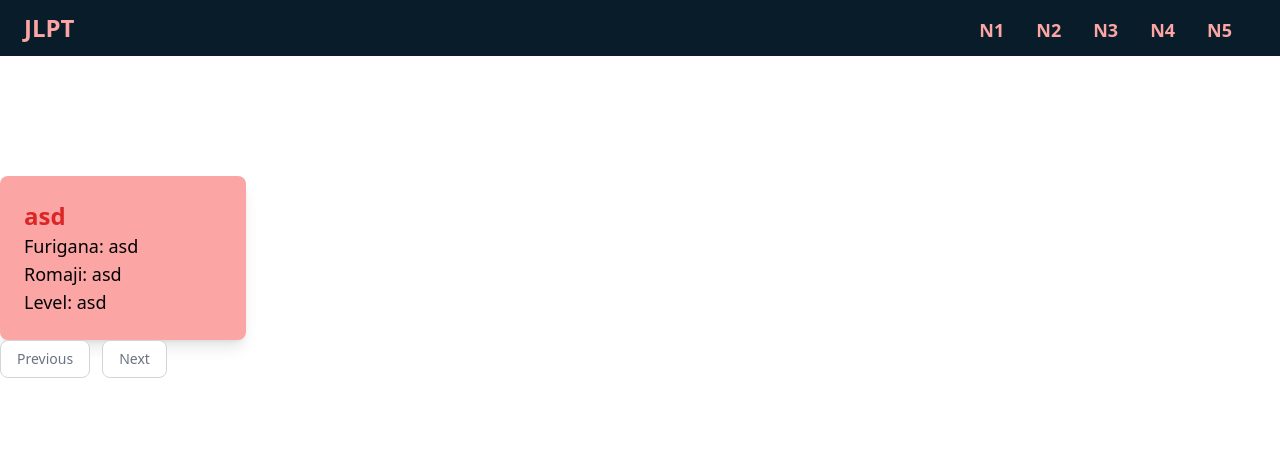
Repository: Penglee25/JLPT-vocabulary
Page: /n1
These files come from the project's save history. The page is drawn as it stood at one moment and after a run of saves; the edit follows.
The browser window is 1280 px wide. The pictures show the whole page.
The project was rebuilt for these pictures with package versions that can differ from the ones it lists, and the page was loaded fresh each time. The framework's server and built-in components were replaced by stand-ins that run in the browser. Also part of the build but not shown: next.config.js, src/styles/main.css.

Above is the page before, as saved 2023-03-17 13:39:54.

### src/pages/_app.tsx
import type { AppProps } from 'next/app';
import React from 'react';
import Head from '../components/head';

import '../styles/global.css';
import '../styles/main.css';

function MyApp({ Component, pageProps }: AppProps) {
  return (
    <React.Fragment>
      <Head />
      <Component {...pageProps} />
    </React.Fragment>
  )
}

export default MyApp;

### src/pages/n1.tsx
import Navbar from "../components/navbar";

export default function n1() {

    return (
        <div>
            <Navbar />
            <div className="container">


                <div className=" mt-44 grid md:grid-cols-5 gap-3 grid-cols-3">
                    <div key={0} className="block rounded-lg bg-red-300 p-6 shadow-lg dark:bg-neutral-700">
                        <span className='text-2xl font-bold text-red-600'>asd</span>
                        <p className='my-0 text-lg'>Furigana: asd</p>
                        <p className='my-0 text-lg'>Romaji: asd</p>
                        <p className='my-0 text-lg'>Level: asd</p>
                    </div>
                </div>
                <div className="pagination">
                    <a href="#" className="inline-flex items-center px-4 py-2 text-sm font-medium text-gray-500 bg-white border border-gray-300 rounded-lg hover:bg-gray-100 hover:text-gray-700 dark:bg-gray-800 dark:border-gray-700 dark:text-gray-400 dark:hover:bg-gray-700 dark:hover:text-white">
                        Previous
                    </a>

                    <a href="#" className="inline-flex items-center px-4 py-2 ml-3 text-sm font-medium text-gray-500 bg-white border border-gray-300 rounded-lg hover:bg-gray-100 hover:text-gray-700 dark:bg-gray-800 dark:border-gray-700 dark:text-gray-400 dark:hover:bg-gray-700 dark:hover:text-white">
                        Next
                    </a>
                </div>
            </div>
        </div>
    )
}

### src/components/head.tsx
import NextHead from 'next/head';

const title = 'JLPT Vocabulary API';
const desc = 'A RESTful / GraphQL API for JPLT vocabulary from N5 to N1';
const url = 'https://jlpt-keiz.vercel.app';

export default function Head() {
  return (
    <NextHead>
      <title>{title}</title>
      <meta name="description" content={desc} />
      <link rel="shortcut icon" type="image/x-icon" href="/icon-r.png" />

      <meta property="og:type" content="website" />
      <meta property="og:title" content={title} />
      <meta property="og:description" content={desc} />
      <meta property="og:url" content={url} />
      <meta property="og:image" content={`${url}/icon-s.png`} />

      <meta name="twitter:card" content="summary" />
    </NextHead>
  );
}

### src/styles/global.css
@tailwind base;
@tailwind components;
@tailwind utilities;

html {
  @apply antialiased;
}

.levels{
  color: #a2a2a2;
  font-weight: 600;
  transition: .3s;
  cursor: pointer;
}

.levels::after{
  content: '\261B';
  margin-left: 5px;
  position: absolute;
}

.levels:hover{
  color: black;
  text-decoration: underline;
}

### src/components/navbar.tsx
import Link from 'next/link'
import { useState } from 'react'

import { navLinks } from '../utils/data'

export default function Navbar() {
    const [isOpen, setIsOpen] = useState(false)
    const animate = useState(true)


    const NavMobile = ({ onClick }: any) => {
        // const animate = useStartAnimation()

        // return (
        //     <div className={`md:hidden flex flex-col text-white font-dosis w-11/12 mx-auto pl-2 pb-5 ${animate? '': 'translate-x-60 -translate-y-7 opacity-0'} transform transition duration-1000`}>

        //     </div>
        // )
    }

    return (
        <div style={{ backgroundColor: '#091c29' }} className='fixed top-0 w-full z-20 px-6'>
            <div className="w-full mx-auto py-3 flex items-center justify-between text-red-300 font-dosis transform transition duration-2500 text-2xl font-bold cursor-pointer">
                <Link href={navLinks[0].path}>
                <h3> JLPT </h3>
                </Link>
                <div className={`hidden md:block ${animate ? '' : 'translate-x-20 opacity-0'} transform transition duration-2500`}>
                    {
                        navLinks.map((nav: any, i) => (
                            <Link key={i} href={nav.path}>
                                <span className='font-bold text-lg mr-4 px-2 cursor-pointer border-b-2 border-transparent hover:border-white anim'>{nav.name}</span>
                            </Link>
                        ))
                    }
                </div>

                <div className='md:hidden -mr-1 flex'>
                </div>
            </div>


        </div>
    )
}

### src/utils/data.ts
export const navLinks = [
    { name: "",
     path: "/"
    },
    {
      name: "N1",
      path: "/n1",
    },
    {
      name: "N2",
      path: "/N2",
    },
    {
      name: "N3",
      path: "/N3",
    },
    {
      name: "N4",
      path: "/N4",
    },
    {
      name: "N5",
      path: "/N5",
    },
  ];

### tailwind.config.js
module.exports = {
	content: ["./src/**/*.tsx"],
	theme: {
		extend: {
			animation: {
				none: "none",
				spin: "spin 1s linear infinite",
				ping: "ping 1s cubic-bezier(0, 0, 0.2, 1) infinite",
				pulse: "pulse 2s cubic-bezier(0.4, 0, 0.6, 1) infinite",
				pulse1s: "pulse1s 1s cubic-bezier(0.4, 0, 0.6, 1) infinite",
				bounce: "bounce 1s infinite",
				newbounce: "newbounce 1s infinite",
				rebounce: "rebounce 1s infinite",
				float: "float 3s infinite",
				refloat: "refloat 3s infinite",
			},
			fontSize: {
				xs: ["0.75rem", { lineHeight: "1rem" }],
				sm: ["0.875rem", { lineHeight: "1.25rem" }],
				base: ["1rem", { lineHeight: "1.5rem" }],
				lg: ["1.125rem", { lineHeight: "1.75rem" }],
				xl: ["1.25rem", { lineHeight: "1.75rem" }],
				"2xl": ["1.5rem", { lineHeight: "2rem" }],
				"3xl": ["1.875rem", { lineHeight: "2.25rem" }],
				"4xl": ["2.25rem", { lineHeight: "2.5rem" }],
				"5xl": ["3rem", { lineHeight: "1" }],
				"6xl": ["3.75rem", { lineHeight: "1" }],
				"7xl": ["4.5rem", { lineHeight: "1" }],
				"8xl": ["6rem", { lineHeight: "1" }],
				"9xl": ["8rem", { lineHeight: "1" }],
			},
		},
	},
	plugins: [require("@tailwindcss/typography")],
};

After the next 2 saves:
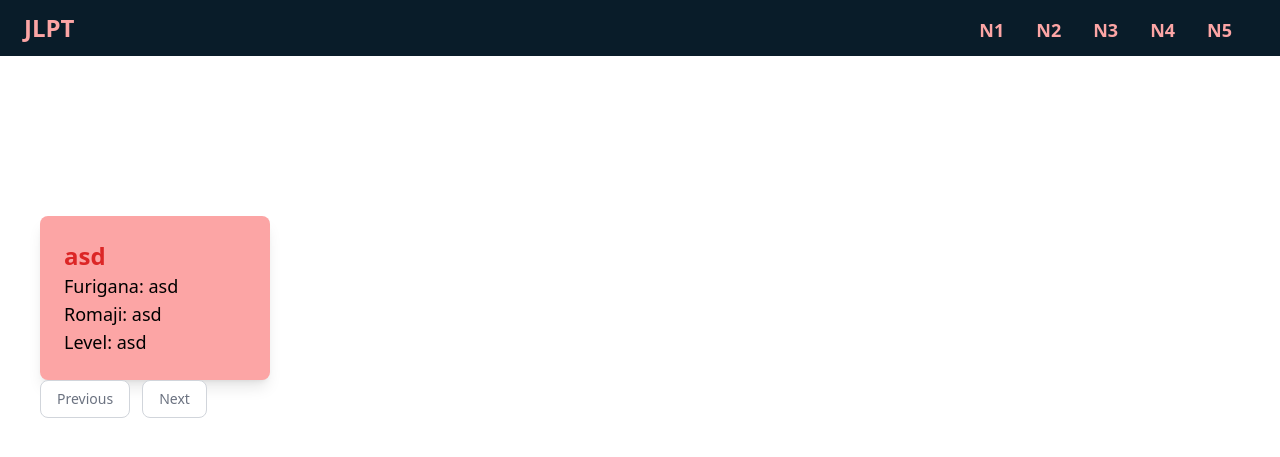
The 2 saves are shown as one change because they came seconds apart.
The last was saved 24 s later.
--- a/src/pages/n1.tsx
+++ b/src/pages/n1.tsx
@@ -5,7 +5,7 @@ export default function n1() {
     return (
         <div>
             <Navbar />
-            <div className="container">
+            <div className="container p-10">
 
 
                 <div className=" mt-44 grid md:grid-cols-5 gap-3 grid-cols-3">
